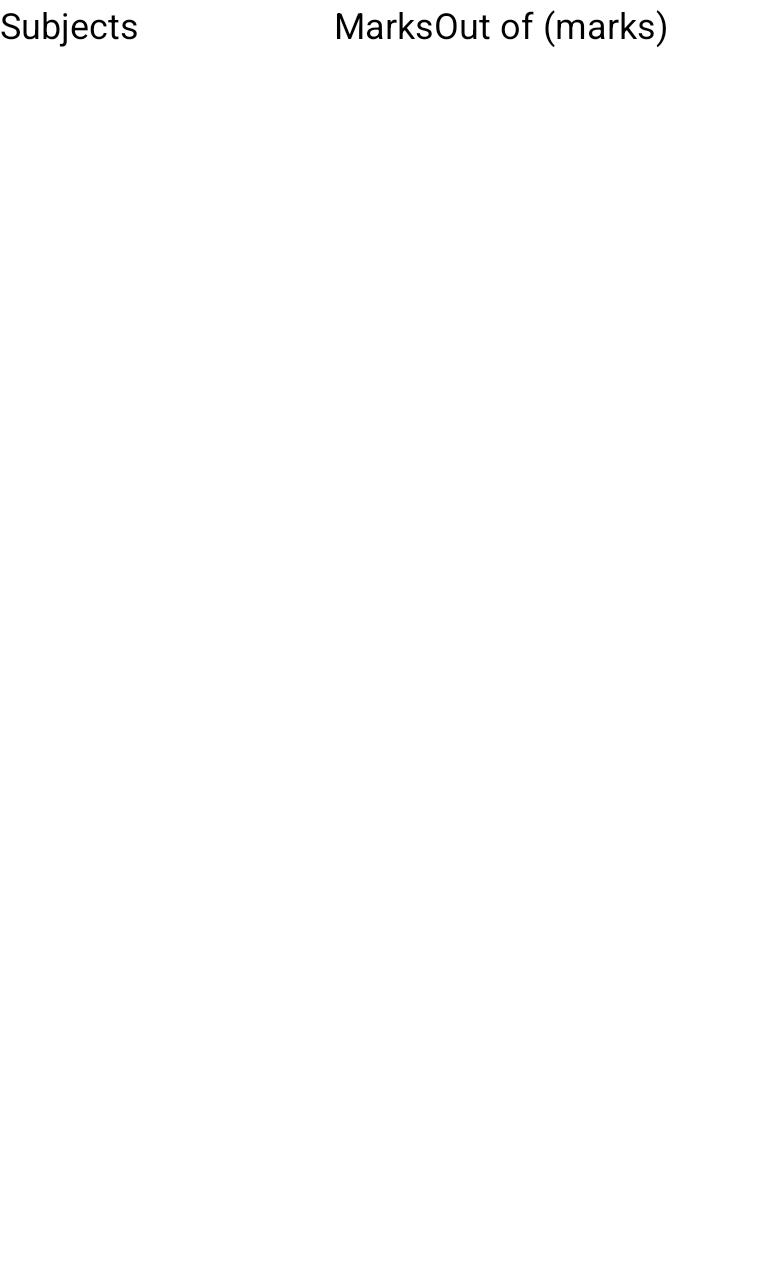
Repository: arjuntheprogrammer/iact
Layout: iact/iact android practice/mywork/ReportCard/res/layout/activity_second.xml
These files come from the project's save history. The layout is drawn as it stood at one moment and after the next save; the edit follows.
It is drawn on a 768 x 1280 px phone screen (xhdpi) without system bars, with theme AppTheme; the app's code is not run.

Above is the layout before, as saved 2015-12-26 10:49:02.

### iact/iact android practice/mywork/ReportCard/res/layout/activity_second.xml
<?xml version="1.0" encoding="utf-8"?>
<RelativeLayout xmlns:android="http://schemas.android.com/apk/res/android"
    android:layout_width="match_parent"
    android:layout_height="match_parent" >

    <TextView
        android:id="@+id/textView1"
        android:layout_width="wrap_content"
        android:layout_height="wrap_content"
        android:layout_alignParentLeft="true"
        android:layout_alignParentTop="true"
        android:text="Subjects"
        android:textAppearance="?android:attr/textAppearanceMedium" />

    <TextView
        android:id="@+id/textView2"
        android:layout_width="wrap_content"
        android:layout_height="wrap_content"
        android:layout_alignParentTop="true"
        android:layout_centerHorizontal="true"
        android:text="Marks"
        android:textAppearance="?android:attr/textAppearanceMedium" />

    <TextView
        android:id="@+id/textView3"
        android:layout_width="wrap_content"
        android:layout_height="wrap_content"
        android:layout_alignParentTop="true"
        android:layout_toRightOf="@+id/textView2"
        android:text="Out of (marks)"
        android:textAppearance="?android:attr/textAppearanceMedium" />

</RelativeLayout>

Loaded but not shown: iact/iact android practice/mywork/ReportCard/res/values/styles.xml (common file); iact/iact android practice/mywork/ReportCard/res/values-v11/styles.xml (common file); iact/iact android practice/mywork/ReportCard/res/values-v14/styles.xml (common file)

After the next save:
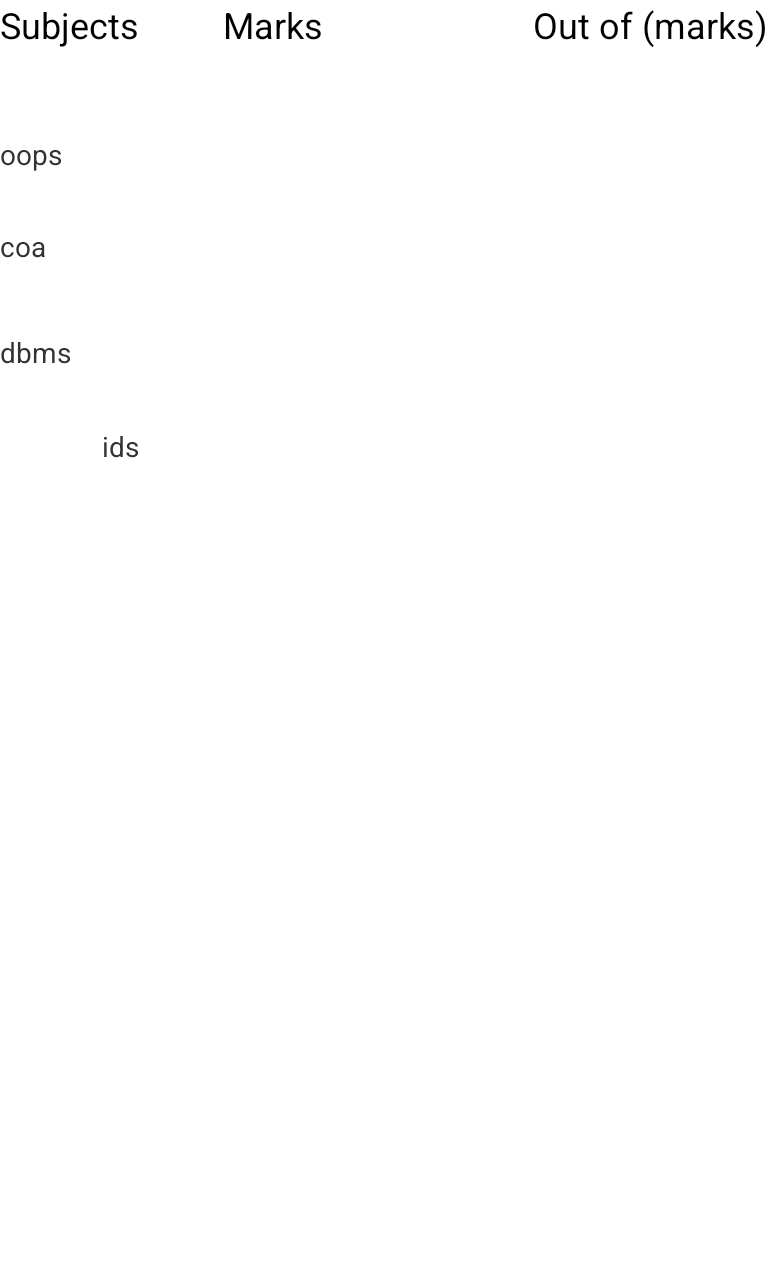
Saved 2 min 1 s later.
--- a/iact/iact android practice/mywork/ReportCard/res/layout/activity_second.xml
+++ b/iact/iact android practice/mywork/ReportCard/res/layout/activity_second.xml
@@ -17,7 +17,8 @@
         android:layout_width="wrap_content"
         android:layout_height="wrap_content"
         android:layout_alignParentTop="true"
-        android:layout_centerHorizontal="true"
+        android:layout_marginLeft="42dp"
+        android:layout_toRightOf="@+id/textView1"
         android:text="Marks"
         android:textAppearance="?android:attr/textAppearanceMedium" />
 
@@ -25,9 +26,49 @@
         android:id="@+id/textView3"
         android:layout_width="wrap_content"
         android:layout_height="wrap_content"
+        android:layout_alignParentRight="true"
         android:layout_alignParentTop="true"
-        android:layout_toRightOf="@+id/textView2"
         android:text="Out of (marks)"
         android:textAppearance="?android:attr/textAppearanceMedium" />
 
+    <TextView
+        android:id="@+id/textView4"
+        android:layout_width="wrap_content"
+        android:layout_height="wrap_content"
+        android:layout_alignParentLeft="true"
+        android:layout_below="@+id/textView1"
+        android:layout_marginTop="43dp"
+        android:text="oops"
+        android:textAppearance="?android:attr/textAppearanceSmall" />
+
+    <TextView
+        android:id="@+id/textView5"
+        android:layout_width="wrap_content"
+        android:layout_height="wrap_content"
+        android:layout_alignParentLeft="true"
+        android:layout_below="@+id/textView4"
+        android:layout_marginTop="27dp"
+        android:text="coa"
+        android:textAppearance="?android:attr/textAppearanceSmall" />
+
+    <TextView
+        android:id="@+id/textView6"
+        android:layout_width="wrap_content"
+        android:layout_height="wrap_content"
+        android:layout_alignParentLeft="true"
+        android:layout_below="@+id/textView5"
+        android:layout_marginTop="34dp"
+        android:text="dbms"
+        android:textAppearance="?android:attr/textAppearanceSmall" />
+
+    <TextView
+        android:id="@+id/textView7"
+        android:layout_width="wrap_content"
+        android:layout_height="wrap_content"
+        android:layout_alignRight="@+id/textView1"
+        android:layout_below="@+id/textView6"
+        android:layout_marginTop="28dp"
+        android:text="ids"
+        android:textAppearance="?android:attr/textAppearanceSmall" />
+
 </RelativeLayout>
